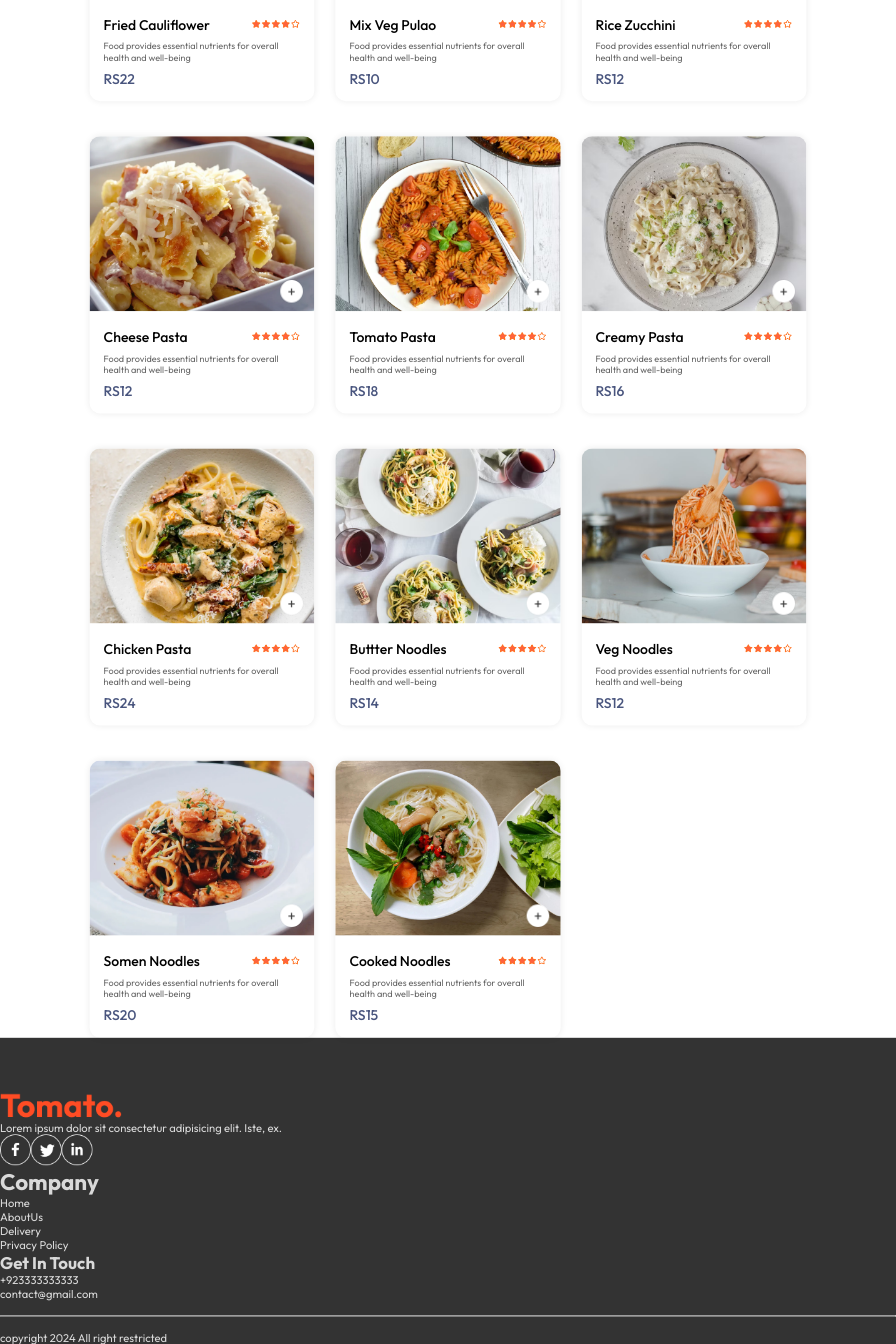
Repository: Attar786/Food-ordering-app
Page: / (app in frontend/)
The author's editor kept a copy of each file at every save. The page is drawn from the files as they stood at one save, then again after the next save.
The browser window is 1280 px wide. The pictures show the part of the page from y = 4362 to 6282 px (the page is 6282 px tall), at 70% of full size.
The project was rebuilt for these pictures with package versions that can differ from the ones it lists, and the page was loaded fresh each time. Also part of the build but not shown: frontend/vite.config.js, frontend/src/pages/Cart/Cart.css, frontend/src/pages/Cart/Cart.jsx, frontend/src/pages/PlaceOrder/PlaceOrder.css, frontend/src/pages/PlaceOrder/PlaceOrder.jsx.

Above is the page before, as saved 2024-07-26 19:58:48.

After the next save:
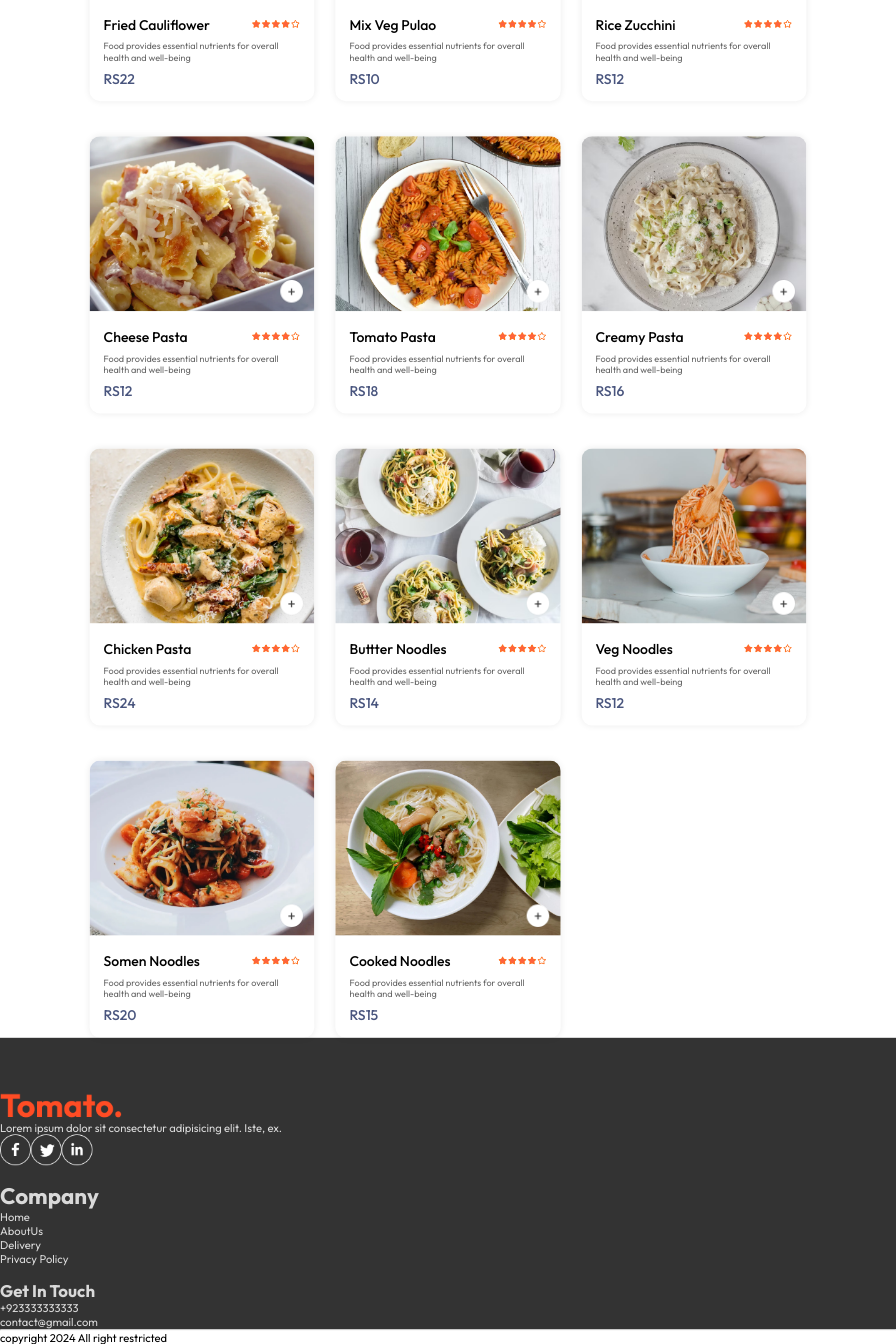
Saved 68 s later.
--- a/frontend/src/components/Footer/Footer.css
+++ b/frontend/src/components/Footer/Footer.css
@@ -1,4 +1,4 @@
-.footer{
+.footer-content{
     color: #d9d9d9;
     background-color: hsl(0, 0%, 20%);
     display: flex;
